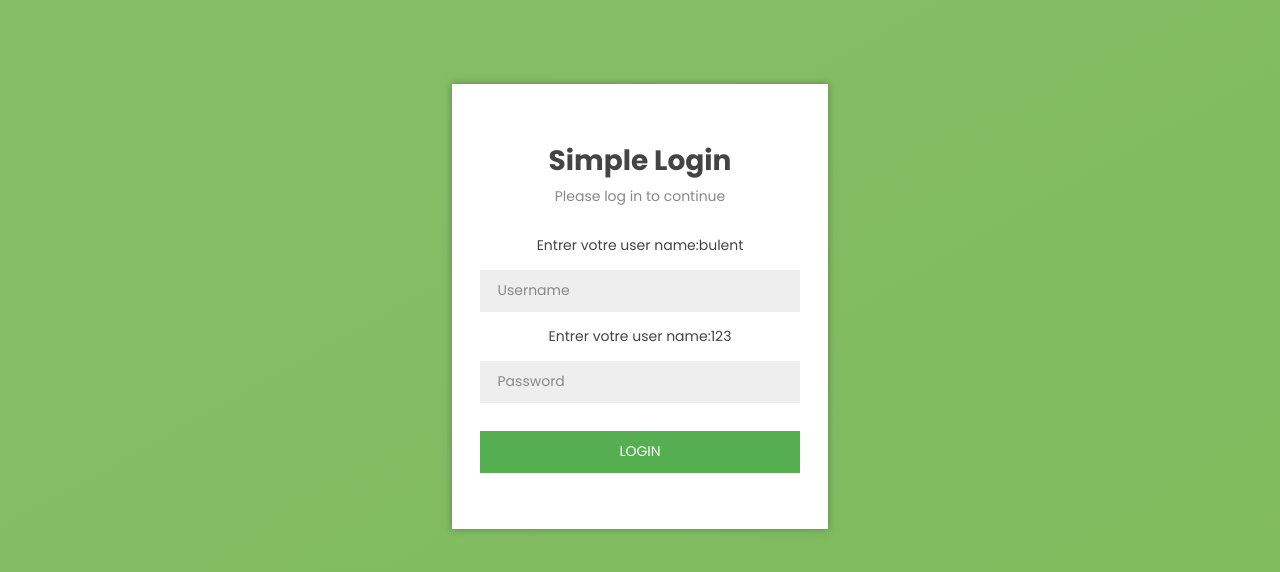
Repository: laurentbul/ApplicationEssai
Page: http://localhost/
The author's editor kept a copy of each file at every save. The page is drawn from the files as they stood at one save, then again after the next save.
The browser window is 1280 px wide. The pictures show the whole page.
The page is run by PHP 8.4 with error messages shown; the project is at /var/www/html/.

Above is the page before, as saved 2023-04-13 06:33:05.

### login-form-php/index.php
<?php

session_start();

if (isset($_SESSION['name'])) {
  header('location: ./home.php');
  exit;
}

?>

<!DOCTYPE html>
<html lang="en">

<head>
  <meta charset="UTF-8" />
  <meta http-equiv="X-UA-Compatible" content="IE=edge" />
  <meta name="viewport" content="width=device-width, initial-scale=1.0" />
  <title>Login Form PHP MySQL With Session - Sribuhost</title>

  <link rel="stylesheet" href="./style.css" />
</head>

<body>
  <div class="container">
    <div class="box">
      <h1 class="box__title">Simple Login</h1>
      <p class="box__subtitle">Please log in to continue</p>
      <?php if (isset($_SESSION['login_failed'])) : ?>
        <div class="alert">
          Incorrect username or password!
        </div>
      <?php
        unset($_SESSION['login_failed']);
      endif;
      ?>
      <form action="./auth.php" method="post" class="form">
        <label>Entrer votre user name:bulent</label>
        <input type="text" class="form__input" placeholder="Username" name="username" required />
        <label>Entrer votre user name:123</label>
        <input type="password" class="form__input" placeholder="Password" name="password" required />
        <button class="form__button" type="submit" name="submit">LOGIN</button>
      </form>
    </div>
  </div>
</body>

</html>

### login-form-php/style.css
@import url("https://fonts.googleapis.com/css2?family=Poppins:wght@400;700&display=swap");

html {
  font-family: "Poppins", sans-serif;
  font-size: 14px;
}

body {
  background-image: linear-gradient(to bottom right, #86be67, #7fba5c);
  color: #444;
  margin: 0;
  min-height: 100vh;
  padding: 0;
}

.container {
  padding: 6rem 0;
}

.box {
  background-color: #fff;
  box-shadow: 0 0 0.5rem rgba(68, 68, 68, 0.5);
  margin: 0 auto;
  padding: 4rem 2rem;
  text-align: center;
  width: 25%;
}

.box__title {
  margin: 0 0 0.25rem;
}

.box__subtitle {
  color: #888;
  margin: 0 0 2rem;
}

.form {
  display: flex;
  flex-direction: column;
  gap: 1rem;
}

.form__input {
  background-color: #eee;
  border: none;
  color: inherit;
  font-family: inherit;
  font-size: 1rem;
  padding: 0.75rem 1.25rem;
}

.form__input::placeholder {
  color: #888;
}

.form__button {
  background-color: #55ae50;
  border: none;
  color: #fff;
  cursor: pointer;
  font-family: inherit;
  font-size: 1rem;
  margin-top: 1rem;
  padding: 0.75rem 2rem;
  transition: all 0.15s;
}

.form__button:hover {
  background-color: rgba(85, 174, 80, 0.875);
}

.information {
  color: #fff;
  text-align: center;
}

.information__title {
  margin: 0 0 2rem;
}

.information__button {
  background-color: #ae5050;
  border: none;
  color: #fff;
  cursor: pointer;
  font-family: inherit;
  font-size: 1rem;
  margin-top: 1rem;
  padding: 0.75rem 2rem;
  text-decoration: none;
  transition: all 0.15s;
}

.information__button:hover {
  background-color: rgba(174, 80, 80, 0.875);
}

.alert {
  background-color: #ae5050;
  color: #fff;
  margin-bottom: 2rem;
  padding: 0.75rem 2rem;
}

After the next save:
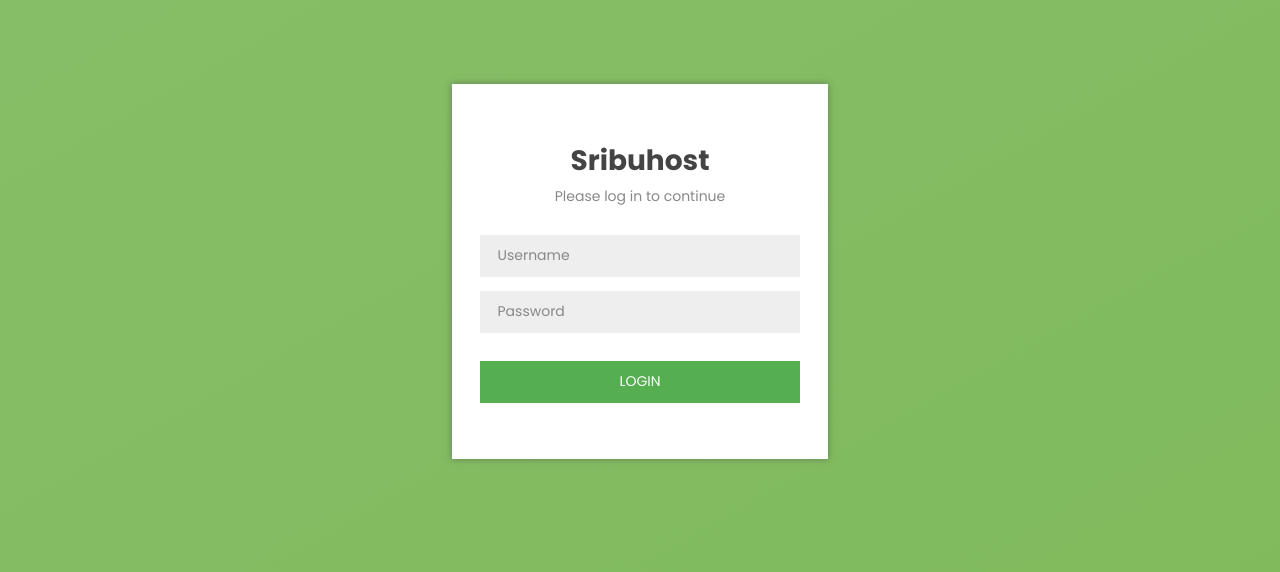
Saved 1 s later.
--- a/login-form-php/index.php
+++ b/login-form-php/index.php
@@ -24,7 +24,7 @@ if (isset($_SESSION['name'])) {
 <body>
   <div class="container">
     <div class="box">
-      <h1 class="box__title">Simple Login</h1>
+      <h1 class="box__title">Sribuhost</h1>
       <p class="box__subtitle">Please log in to continue</p>
       <?php if (isset($_SESSION['login_failed'])) : ?>
         <div class="alert">
@@ -35,9 +35,7 @@ if (isset($_SESSION['name'])) {
       endif;
       ?>
       <form action="./auth.php" method="post" class="form">
-        <label>Entrer votre user name:bulent</label>
         <input type="text" class="form__input" placeholder="Username" name="username" required />
-        <label>Entrer votre user name:123</label>
         <input type="password" class="form__input" placeholder="Password" name="password" required />
         <button class="form__button" type="submit" name="submit">LOGIN</button>
       </form>
